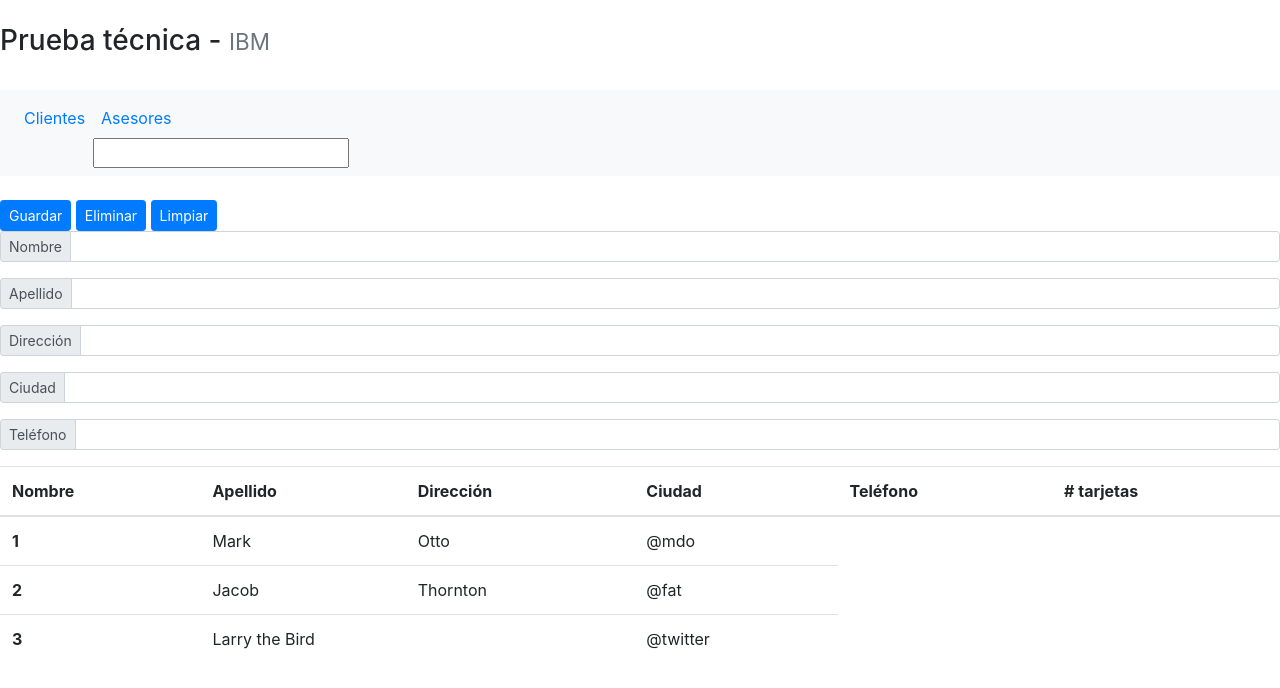
Repository: analozano16/ibm
Page: prueba_banco_war/src/main/webapp/index.html
The author's editor kept a copy of each file at every save. The page is drawn from the files as they stood at one save, then again after the next save.
The browser window is 1280 px wide. The pictures show the whole page.
Some web libraries are served in a nearby version.

Above is the page before, as saved 2020-02-02 22:04:24.

After the next save:
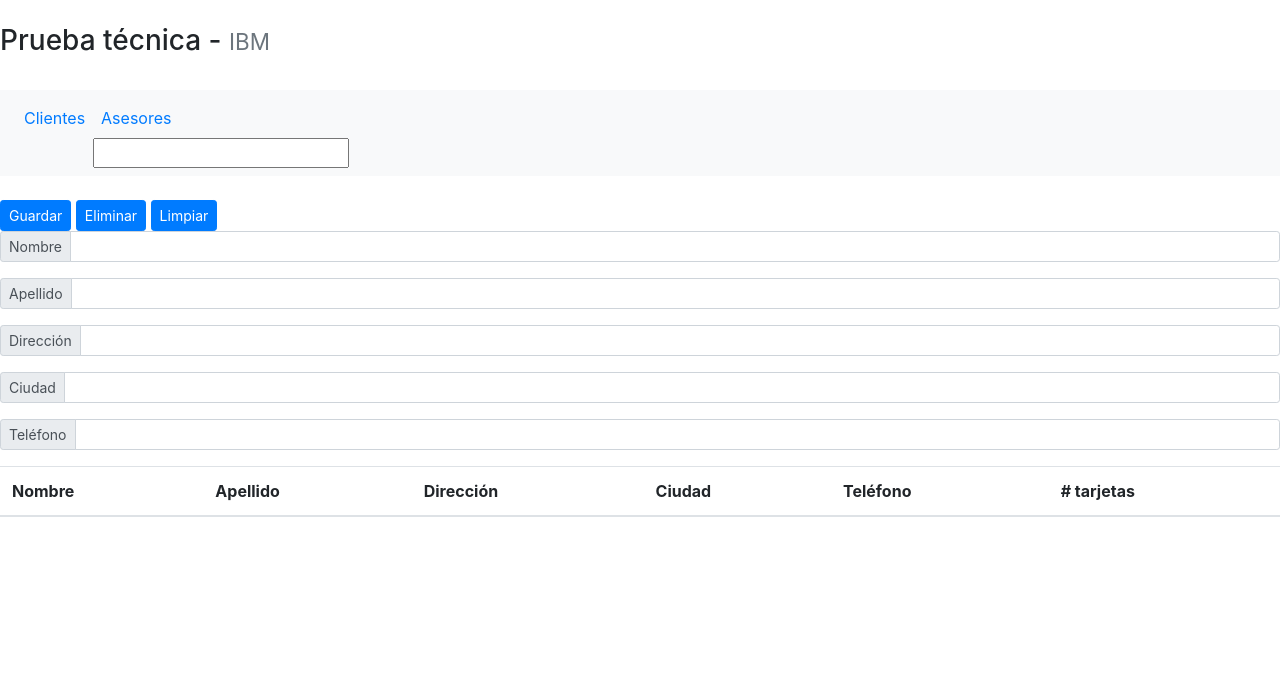
Saved 29 s later.
--- a/prueba_banco_war/src/main/webapp/index.html
+++ b/prueba_banco_war/src/main/webapp/index.html
@@ -87,23 +87,6 @@
     </tr>
   </thead>
   <tbody>
-    <tr>
-      <th scope="row">1</th>
-      <td>Mark</td>
-      <td>Otto</td>
-      <td>@mdo</td>
-    </tr>
-    <tr>
-      <th scope="row">2</th>
-      <td>Jacob</td>
-      <td>Thornton</td>
-      <td>@fat</td>
-    </tr>
-    <tr>
-      <th scope="row">3</th>
-      <td colspan="2">Larry the Bird</td>
-      <td>@twitter</td>
-    </tr>
   </tbody>
 </table>
 </body>
